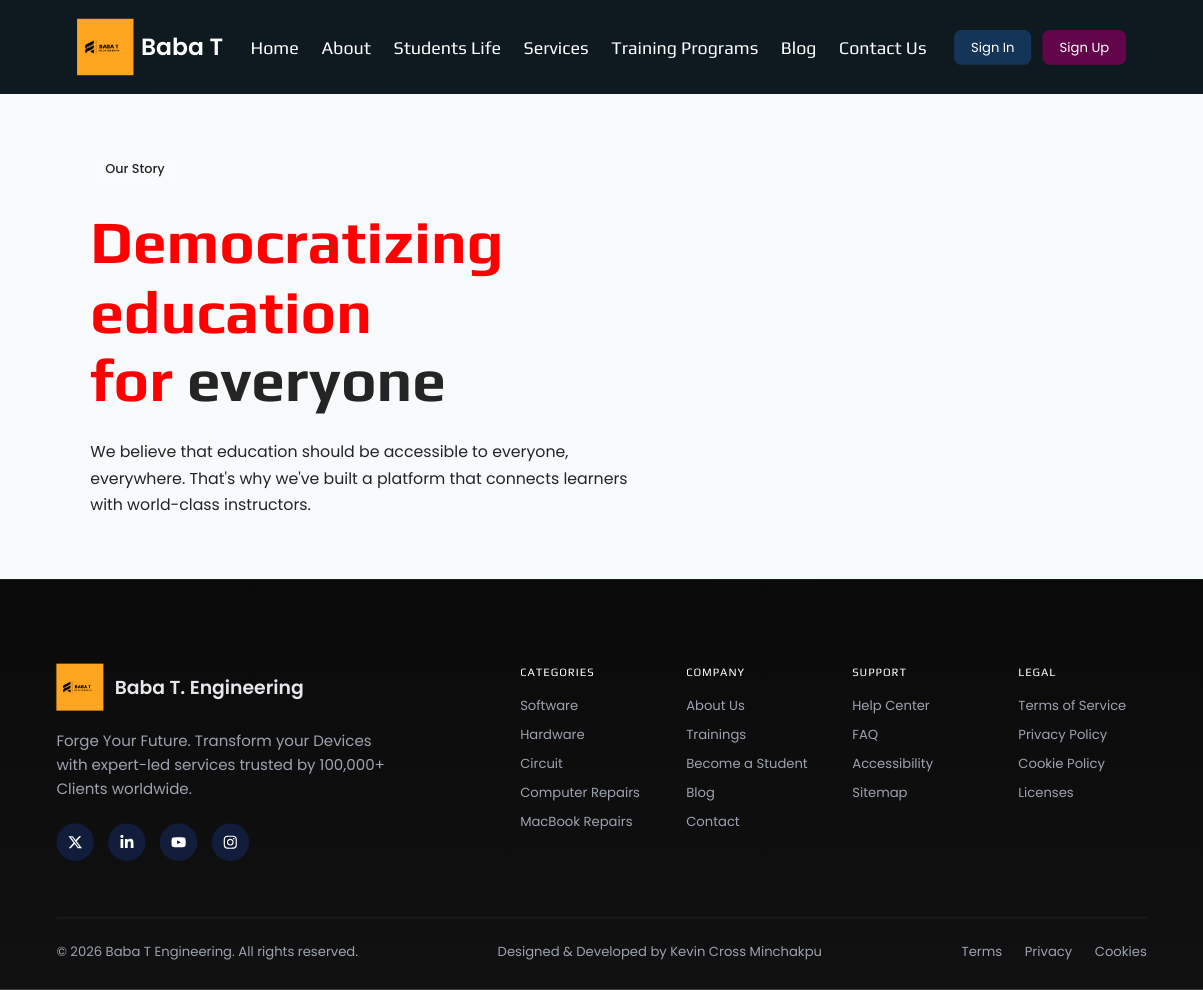
Repository: KC-Minchakpu/babatunde
Page: /about/history
An editor plug-in stored every save of this project. The page is shown before and after the next save, followed by the edit.
The browser window is 1280 px wide. The pictures show the whole page, at 94% of full size.
The project was rebuilt for these pictures with package versions that can differ from the ones it lists, and the page was loaded fresh each time. The framework's server and built-in components were replaced by stand-ins that run in the browser. Also part of the build but not shown: next.config.ts.

Above is the page before, as saved 2026-02-19 08:49:18.

After the next save:
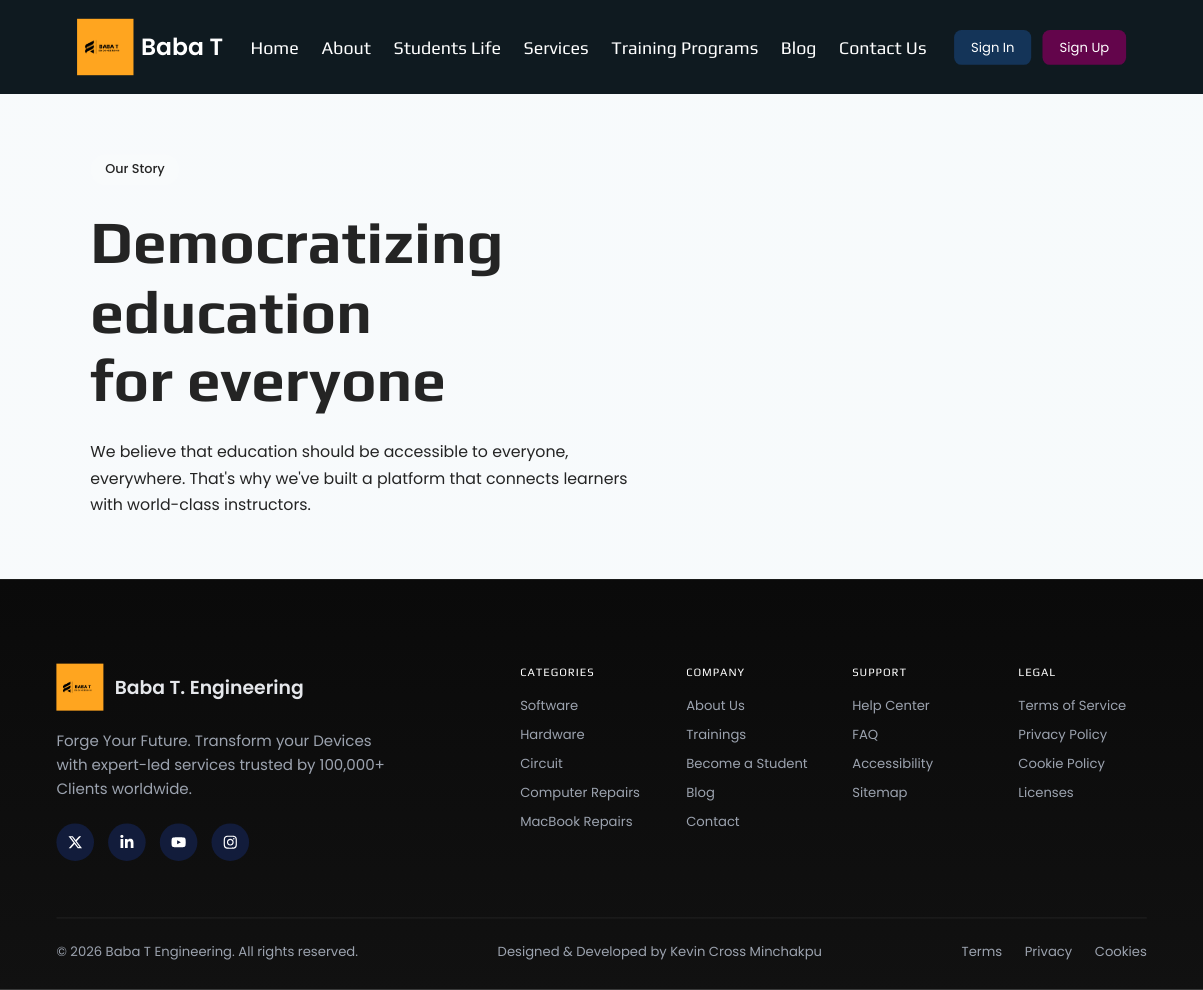
Saved 60 s later.
--- a/src/components/About/OurHistoryHero.module.css
+++ b/src/components/About/OurHistoryHero.module.css
@@ -32,6 +32,7 @@
   font-weight: 700;
   line-height: 1.15;
   margin-bottom: 1.5rem;
+  color:#242424
 }
 
 .heading span {
